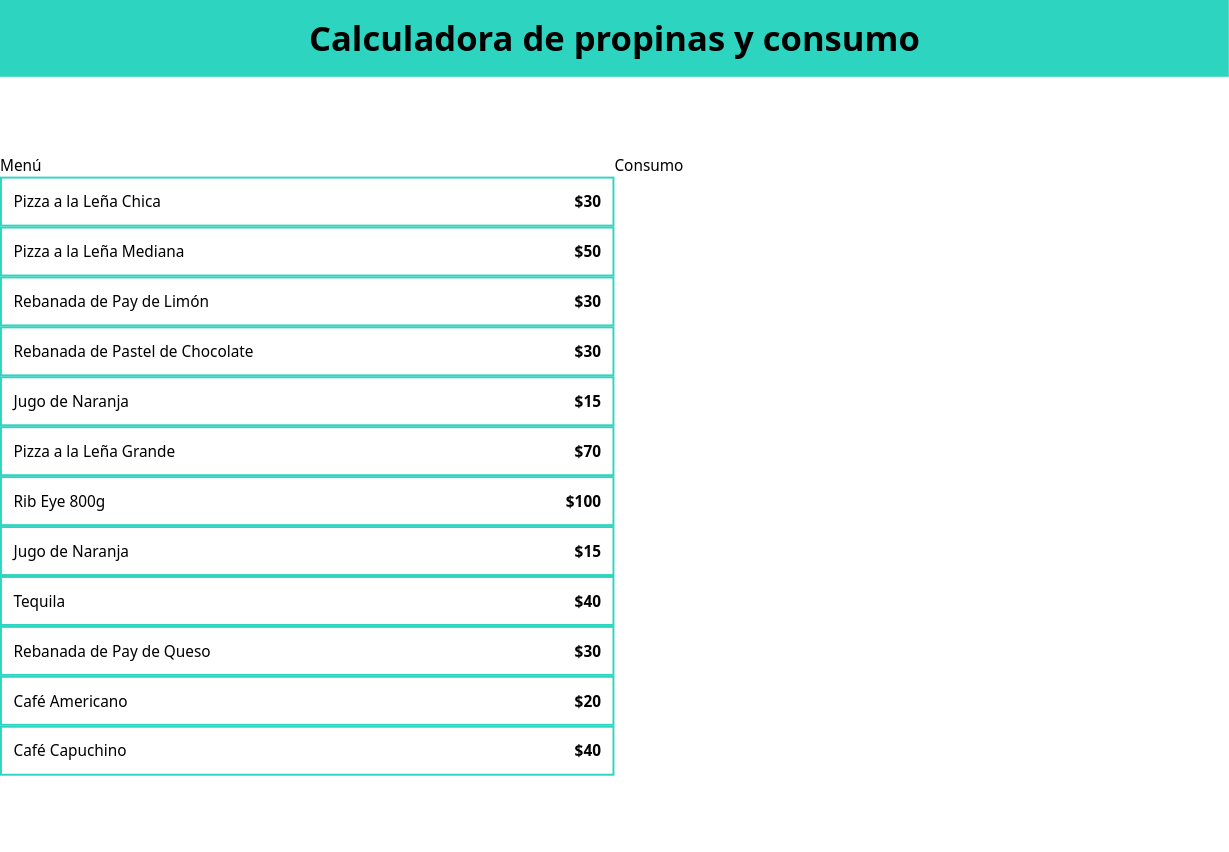
Repository: Samuel-Leal96/calculador_propinas
Page: /
The author's editor kept a copy of each file at every save. The page is drawn from the files as they stood at one save, then again after the next save.
The browser window is 1280 px wide. The pictures show the whole page, at 96% of full size.
The project was rebuilt for these pictures with package versions that can differ from the ones it lists, and the page was loaded fresh each time. Also part of the build but not shown: vite.config.ts.

Above is the page before, as saved 2025-10-20 17:15:50.

After the next save:
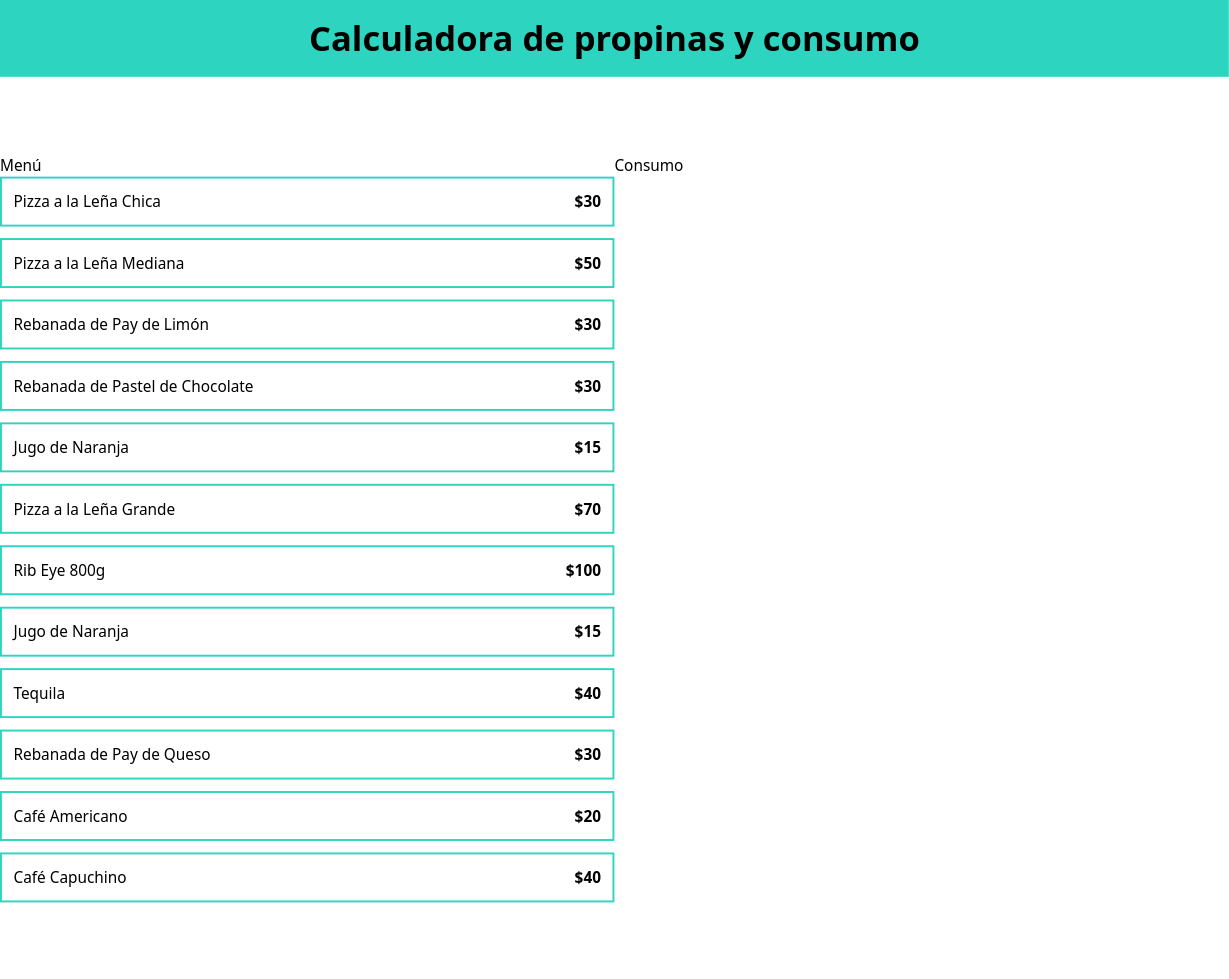
Saved 21 s later.
--- a/src/App.tsx
+++ b/src/App.tsx
@@ -13,7 +13,7 @@ function App() {
         <div>
           <h2>Menú</h2>
 
-          <div>
+          <div className="space-y-3">
             {menuItems.map((item) => (
               <MenuItem key={item.id}
                 item={item}
